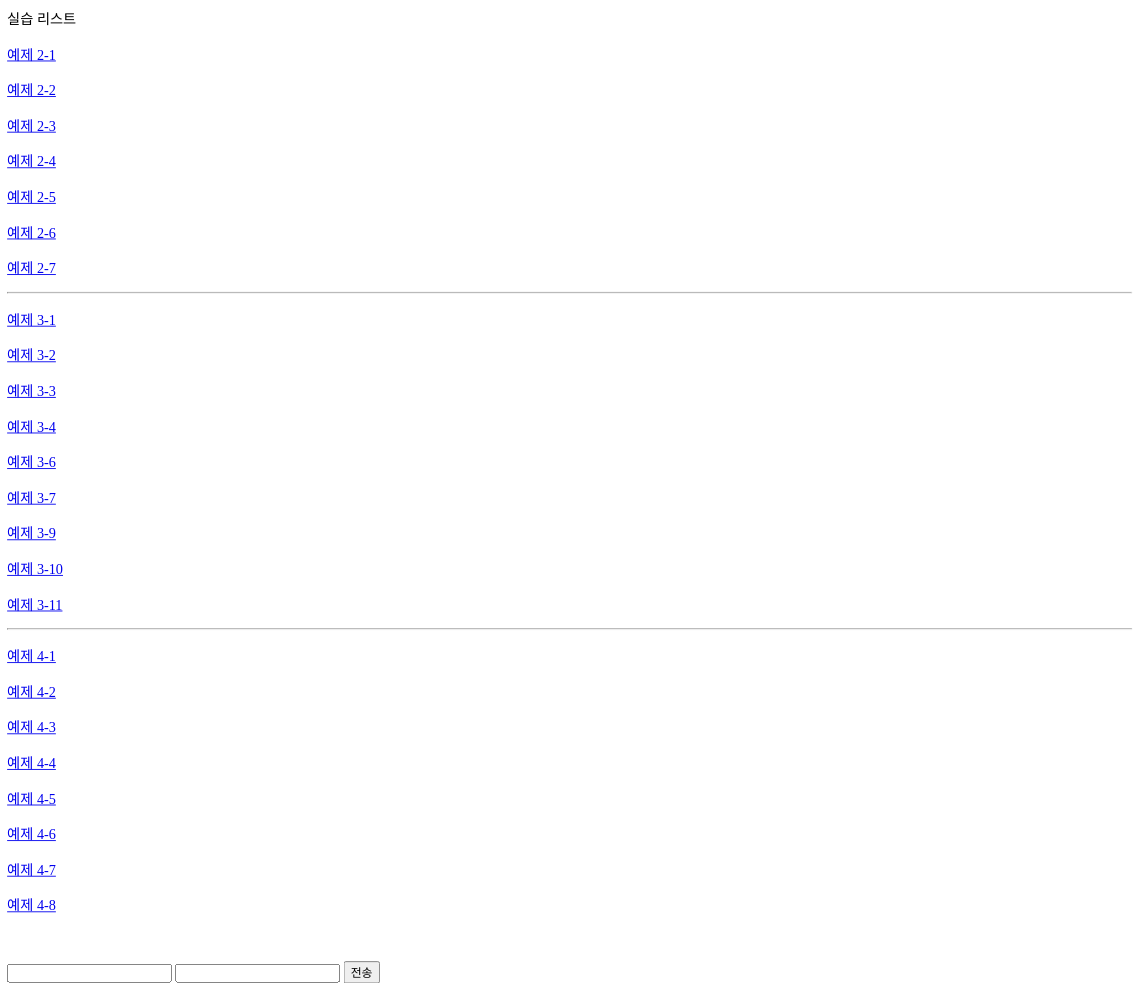
Repository: ezooo/JSP
Page: http://localhost/jspbook/
The author's editor kept a copy of each file at every save. The page is drawn from the files as they stood at one save, then again after the next save.
The browser window is 1280 px wide. The pictures show the whole page, at 89% of full size.
The page is served by Tomcat 10.

Above is the page before, as saved 2024-10-10 06:22:18.

After the next save:
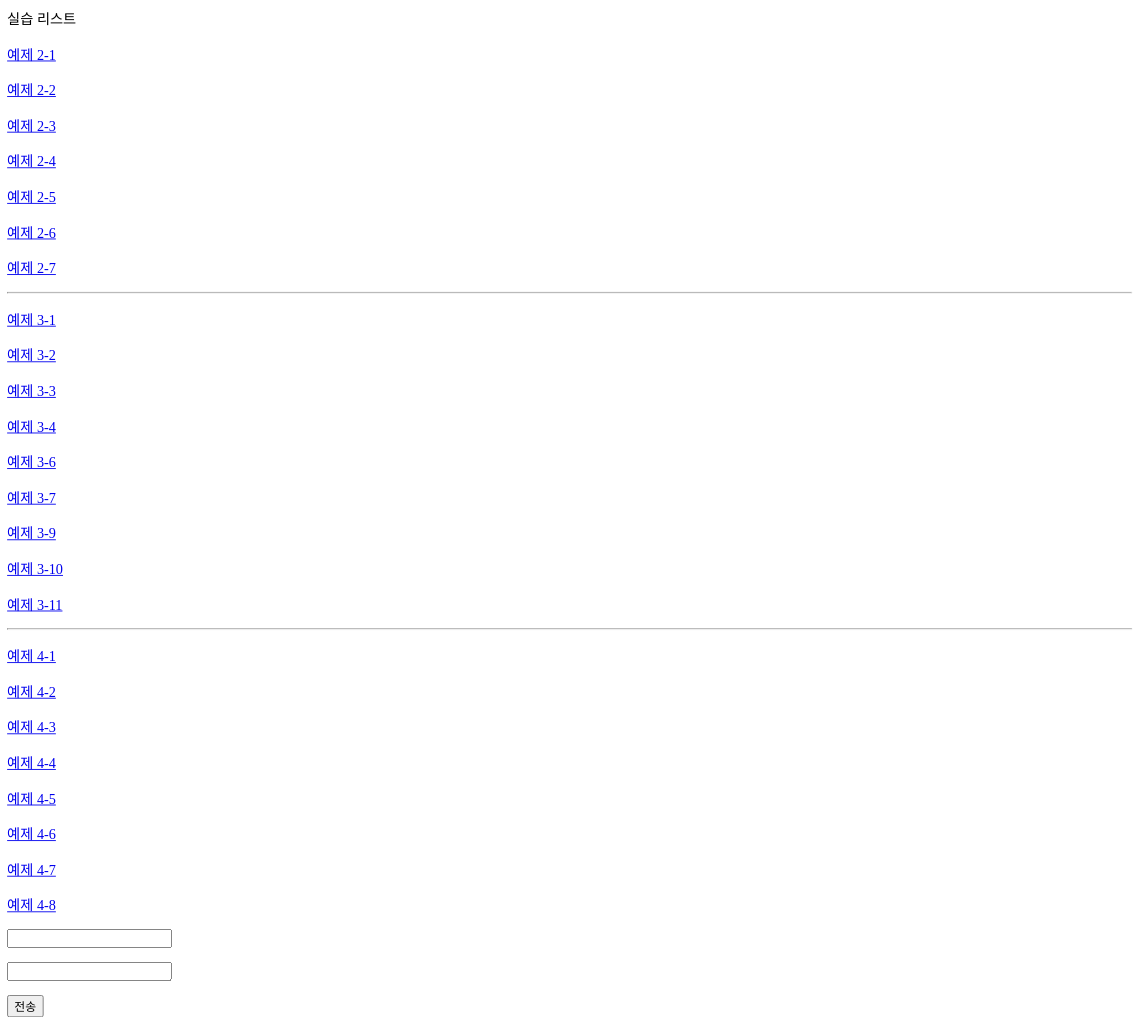
Saved 38 s later.
--- a/jspbook/src/main/webapp/index.jsp
+++ b/jspbook/src/main/webapp/index.jsp
@@ -35,11 +35,11 @@
 	<p><a href="4_6">예제 4-6</a></p>
 	<p><a href="4_7">예제 4-7</a></p>
 	<p><a href="4_8">예제 4-8</a></p>
-	<br></br>
+
 	<form action="4_0" method="get">
-		<input type="text" name="id" />
-		<input type="text" name="name" />
-		<input type="submit" value="전송"></input>
+		<p><input type="text" name="id" /></p>
+		<p><input type="text" name="name" /></p>
+		<p><input type="submit" value="전송"></input></p>
 	</form>
 </body>
 </html>
